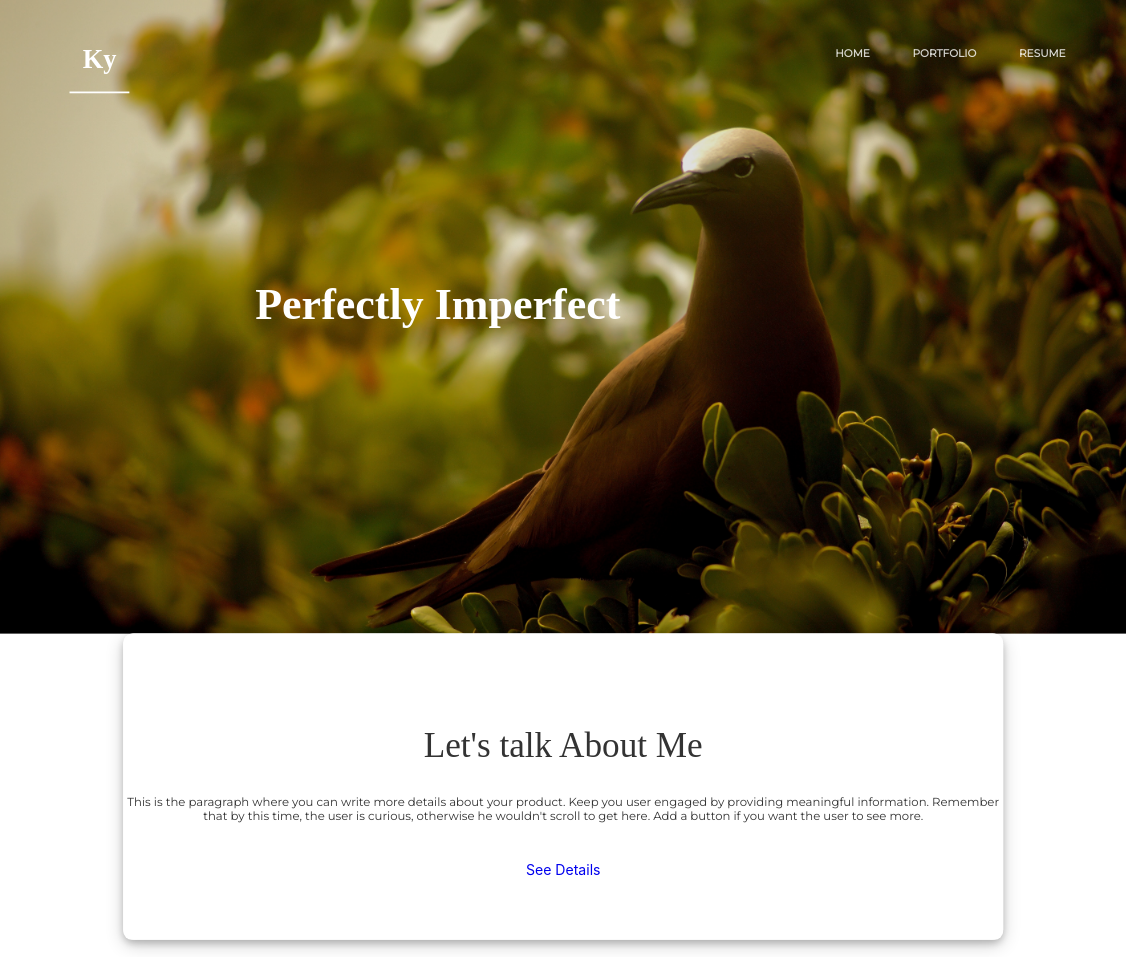
Repository: kkyler24/Perfectly-Imperfect
Page: / (app in imperfect/)
The author's editor kept a copy of each file at every save. The page is drawn from the files as they stood at one save, then again after the next save.
The browser window is 1280 px wide. The pictures show the whole page, at 88% of full size.
Backgrounds fixed to the window are drawn as part of the page. Some web fonts or font styles are not loaded; a fallback is used. The project was rebuilt for these pictures with package versions that can differ from the ones it lists, and the page was loaded fresh each time.

Above is the page before, as saved 2020-08-06 12:18:50.

After the next save:
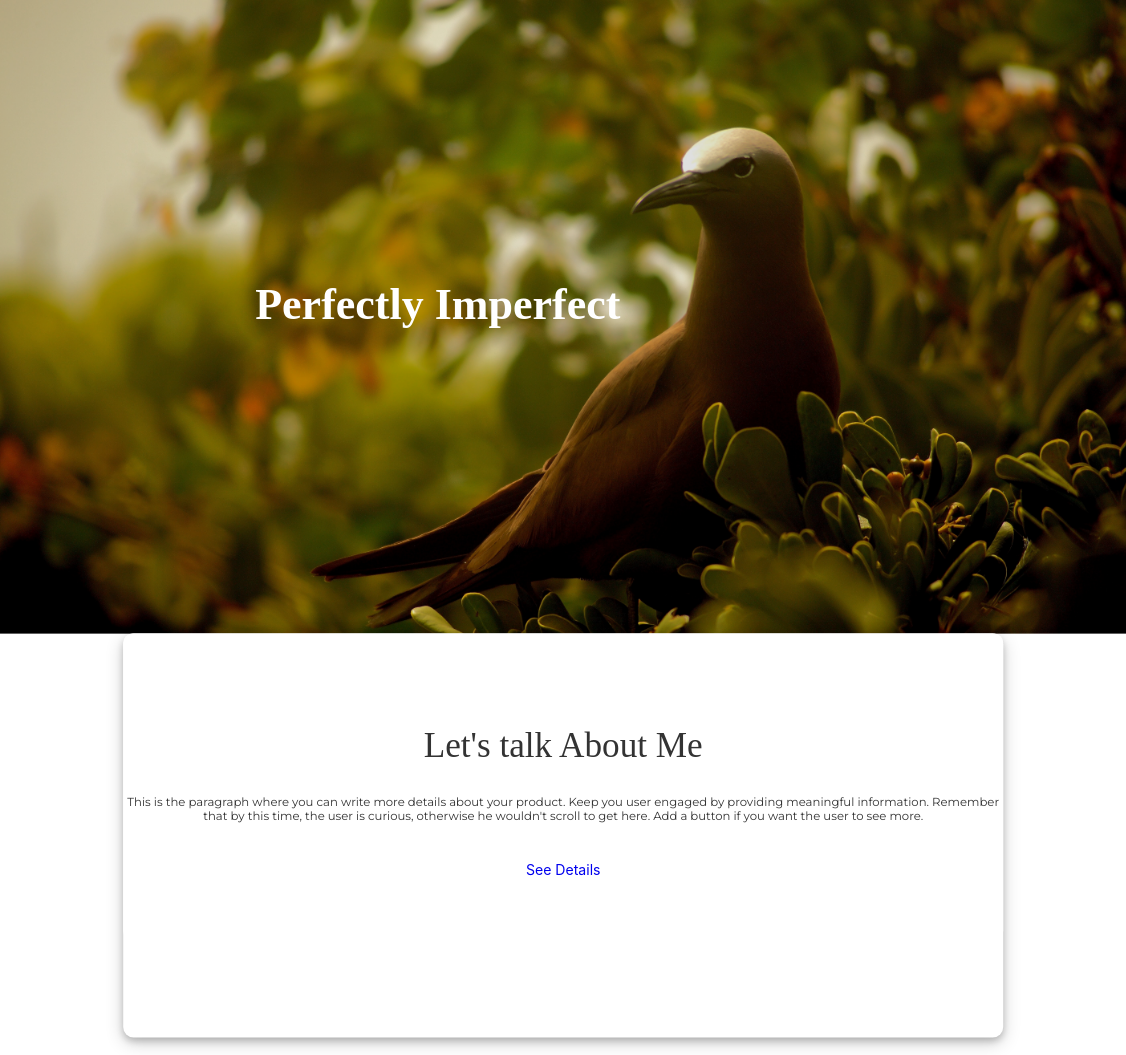
Saved 25 s later.
--- a/imperfect/src/Components/navbarComponent/navbar.js
+++ b/imperfect/src/Components/navbarComponent/navbar.js
@@ -6,7 +6,7 @@ function NavBar() {
     <div>
       <nav
         color-on-scroll="300"
-        class="fixed-top navbar-transparent navbar navbar-expand-lg"
+        class="fixed-bottom navbar-transparent navbar navbar-expand-lg"
       >
         <div class="container-fluid">
           <div class="navbar-translate">
